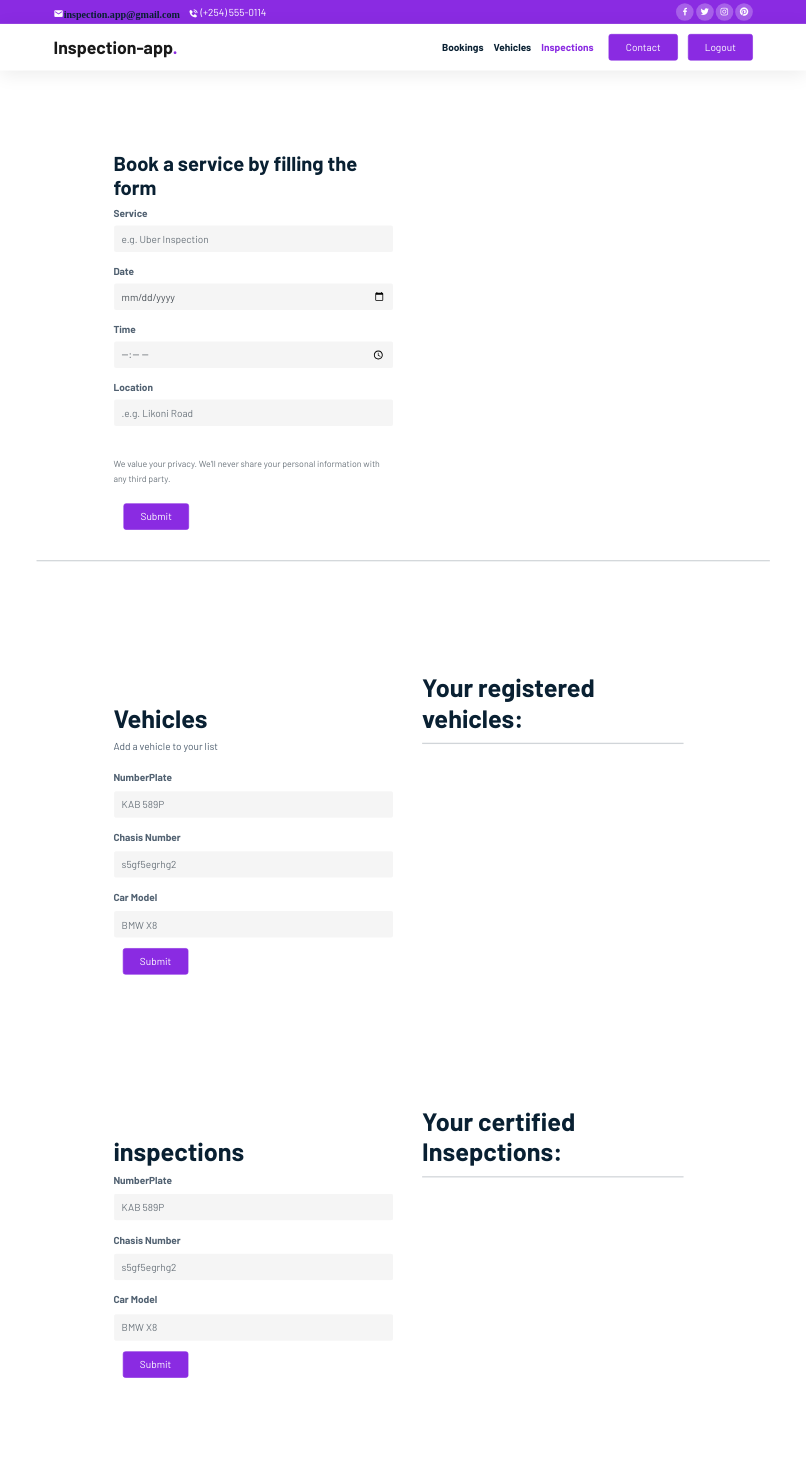
Repository: Jaynie8085/INSPECTION-APP
Page: client/admnDashboard.html
These files come from the project's save history. The page is drawn as it stood at one moment and after the next save; the edit follows.
The browser window is 1280 px wide. The pictures show the whole page, at 63% of full size.
The page's requests for data from a server got no answer. Some web libraries are served in a nearby version.

Above is the page before, as saved 2022-10-17 05:50:02.
Console error: ReferenceError: fetchBookings is not defined

After the next save:
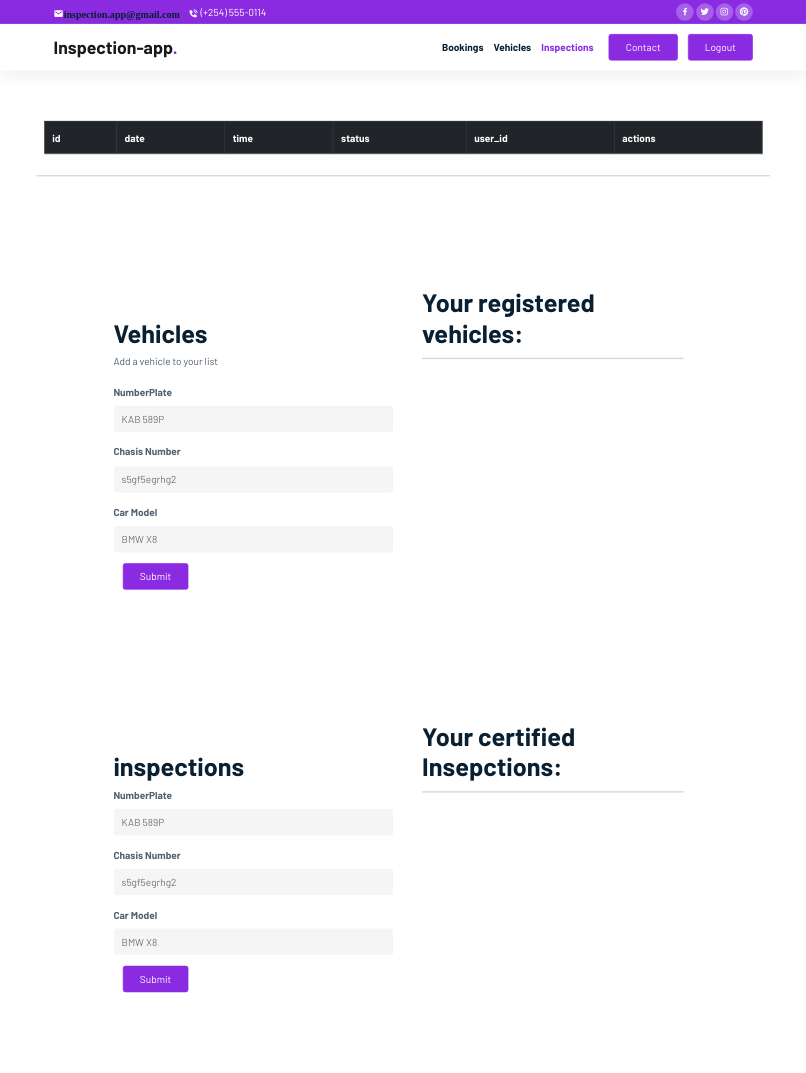
Saved 97 s later.
--- a/client/admnDashboard.html
+++ b/client/admnDashboard.html
@@ -74,34 +74,21 @@
         <section id="profile">
             <div class="container">
                 <div class="row justify-content-center">
-                    <div id="customer-frm" class="col-lg-5 py-5">
-                        <form>
-                            <h2>Book a service by filling the form </h2>
-                            <div class="form-group">
-                                <label for="service">Service</label>
-                                <input type="service" class="form-control" id="service" aria-describedby="emailHelp"
-                                    placeholder="e.g. Uber Inspection  ">
-
-                            </div>
-                            <div class="form-group">
-                                <label for="date">Date</label>
-                                <input type="date" class="form-control" id="date">
-                            </div>
-                            <div class="form-group">
-                                <label for="time">Time</label>
-                                <input type="time" class="form-control" id="time">
-                            </div>
-                            <div class="form-group">
-                                <label for="location">Location</label>
-                                <input type="location" class="form-control" id="location"
-                                    placeholder=".e.g. Likoni Road">
-                            </div>
-                            <br><small id="emailHelp" class="form-text text-muted">We value your privacy. We'll never
-                                share your personal information with any third party.</small><br>
-                            <button type="submit" class="btn btn-brand ms-lg-3" onclick="Booking();">Submit</button>
-                        </form>
-
-                    </div>
+                    <table id="example" class="table table-striped table-bordered">
+                        <thead class="table-dark">
+                            <tr>
+                                <th>id</th>
+                                <th>date</th>
+                                <th>time</th>
+                                <th>status</th>
+                                <th>user_id</th>
+                                <th>actions</th>
+                            </tr>
+                        </thead>
+                        <tbody editable="true" id="mwili">
+                            <!-- Add tbody here | DOM Manupilation -->
+                        </tbody>
+                    </table>
                     <div id="data-table" class="col-lg-5">
                         <ul id="bookings-list">
                         </ul>
